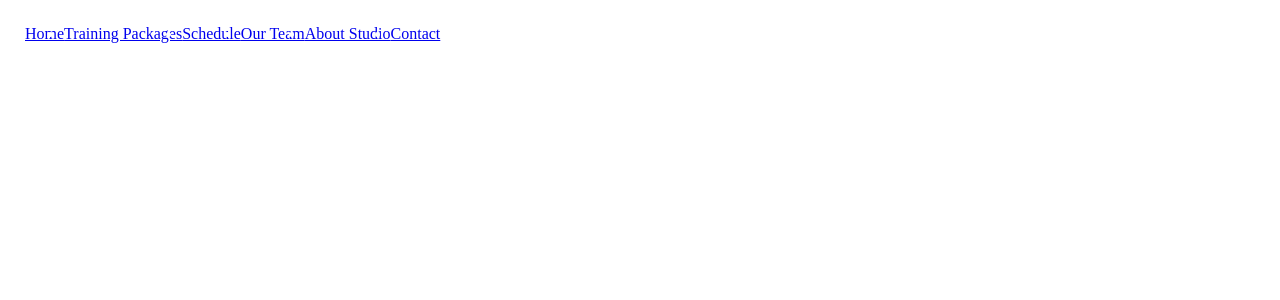
Repository: MujtabaHabib/muscle-memory-website
Page: index.html
These files come from the project's save history. The page is drawn as it stood at one moment and after the next save; the edit follows.
The browser window is 1280 px wide. The pictures show the whole page.

Above is the page before, as saved 2026-01-26 03:26:38.

### index.html
<!DOCTYPE html>
<html lang="en">
<head>
    <meta charset="UTF-8">
    <meta name="viewport" content="width=device-width, initial-scale=1.0">
    <title>Muscle Memory</title>
    <link rel="stylesheet" href="style.css">
</head>
<body>
    <nav class="nav">
        <ul class="list">
            <li><a href="#">Home</a></li>
            <li><a href="#">Training Packages</a></li>
            <li><a href="#">Schedule</a></li>
            <li><a href="#">Our Team</a></li>
            <li><a href="#">About Studio</a></li>
            <li><a href="#">Contact</a></li>
        </ul>
    </nav>
</body>
</html>

### style.css
*{
    margin: 0;
    padding: 0;

}

.list {
    display: flex;
    color: white;
    padding: 15px;
    margin:10px;
}

After the next save:
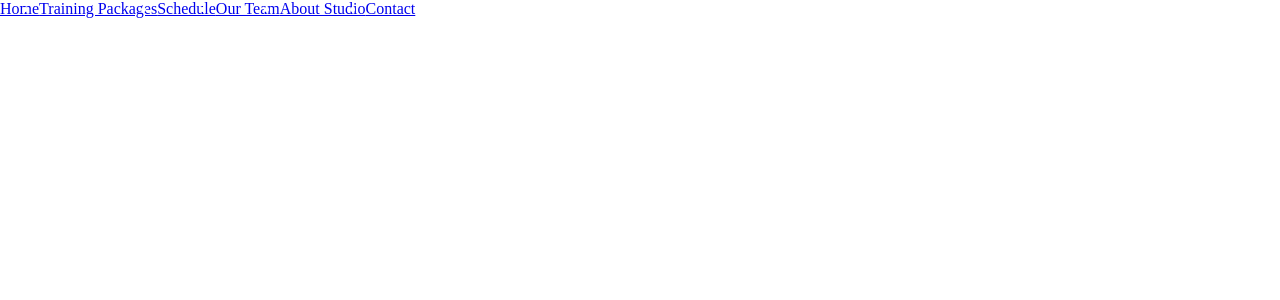
Saved 8 s later.
--- a/style.css
+++ b/style.css
@@ -7,6 +7,4 @@
 .list {
     display: flex;
     color: white;
-    padding: 15px;
-    margin:10px;
 }

After the save that followed:
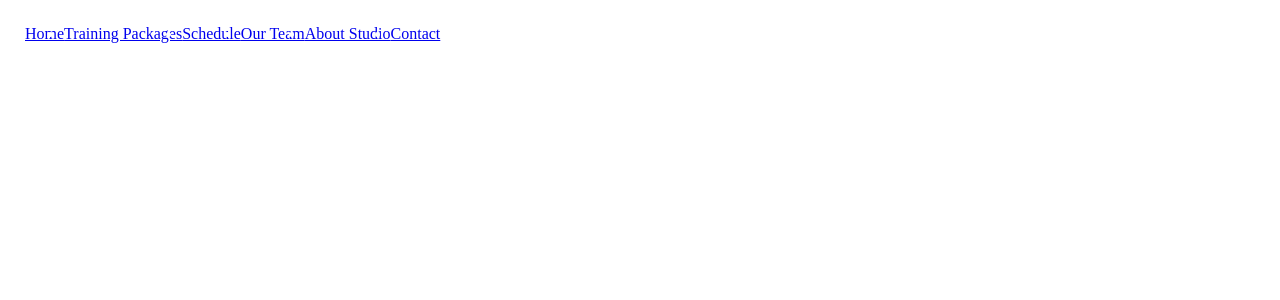
Saved 5 s later.
--- a/style.css
+++ b/style.css
@@ -7,4 +7,6 @@
 .list {
     display: flex;
     color: white;
+    padding: 15px;
+    margin:10px;
 }
